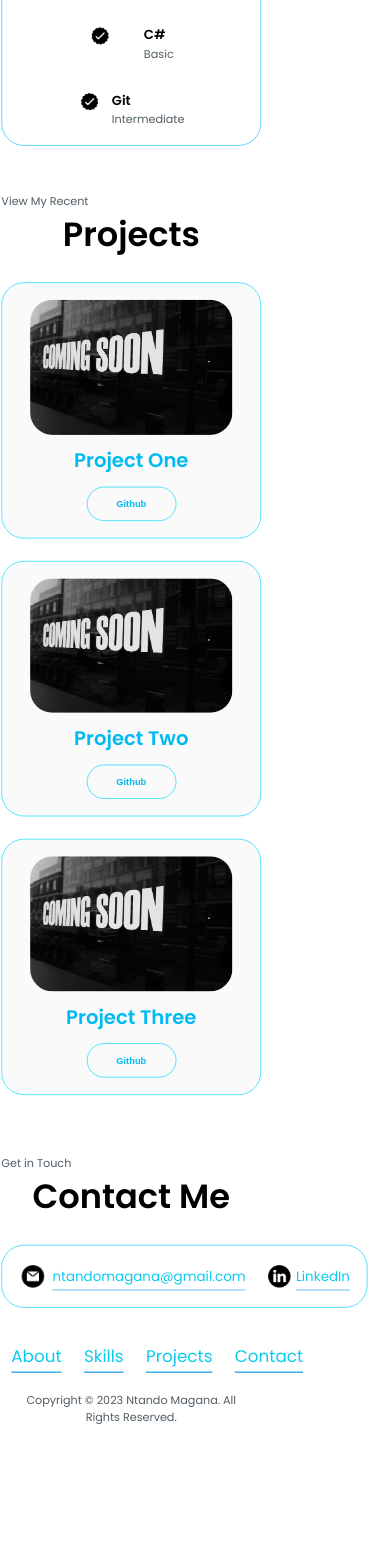
Repository: ntandomagana/FS-Dev-Portfolio
Page: index.html
These files come from the project's save history. The page is drawn as it stood at one moment and after the next save; the edit follows.
The browser window is 375 px wide. The page is 525 px wide, then 433 px, so the pictures cover 525 px, including what lies to the right of the window. The pictures show the part of the page from y = 2446 to 4686 px (the page is 4686 px tall), at 70% of full size.

Above is the page before, as saved 2024-05-06 11:23:03.

### index.html
<!DOCTYPE html>
<html lang="en">
  <head>
    <meta charset="UTF-8" />
    <meta http-equiv="X-UA-Compatible" content="IE=edge" />
    <meta name="viewport" content="width=device-width, initial-scale=1.0" />
    <title>My Portfolio</title>
    <link rel="stylesheet" href="style.css" />
    <link rel="stylesheet" href="mediaqueries.css" />
  </head>
  <body>
    <nav id="desktop-nav">
      <div class="logo">Berry Codes</div>
      <div>
        <ul class="nav-links">
          <li><a href="#about">About</a></li>
          <li><a href="#experience">Skills</a></li>
          <li><a href="#projects">Projects</a></li>
          <li><a href="#contact">Contact</a></li>
        </ul>
      </div>
    </nav>
    <nav id="hamburger-nav">
      <div class="logo">Coding Berry</div>
      <div class="hamburger-menu">
        <div class="hamburger-icon" onclick="toggleMenu()">
          <span></span>
          <span></span>
          <span></span>
        </div>
        <div class="menu-links">
          <li><a href="#about" onclick="toggleMenu()">About</a></li>
          <li><a href="#experience" onclick="toggleMenu()">Skills</a></li>
          <li><a href="#projects" onclick="toggleMenu()">Projects</a></li>
          <li><a href="#contact" onclick="toggleMenu()">Contact</a></li>
        </div>
      </div>
    </nav>
    <section id="profile">
      <div class="section-pic-container">
        <img src="./assets/bwpp.jpg" alt="profile picture" />
      </div>
      <div class="section-text">
        <p class="section-text-p1">Hello there, I am</p>

        <h1 class="title"><span id="typed-text"></span></h1>

        <p class="section-text-p2">Frontend Developer</p>
        <div class="btn-container">
          <button
            class="btn btn-color-2"
            onclick="window.open('./assets/NP Magana - Web Developer.pdf')"
          >
            Download CV
          </button>
          <button class="btn btn-color-1" onclick="location.href='./#contact'">
            Contact Info
          </button>
        </div>
        <div id="socials-container">
          <img
            src="./assets/linkedin.png"
            alt="My LinkedIn profile"
            class="icon"
            onclick="location.href='https://www.linkedin.com/in/ntandoyenkosi-magana-/'"
          />

          <img
            src="./assets/icons8-twitterx-50.png"
            alt="My Github profile"
            class="icon"
            onclick="location.href='https://twitter.com/Sir_M_Charles'"
          />
          <img
            src="./assets/github.png"
            alt="My Github profile"
            class="icon"
            onclick="location.href='https://github.com/ntandomagana'"
          />
        </div>
      </div>
    </section>
    <section id="about">
      <p class="section__text__p1">Get To Know More</p>
      <h1 class="title">About Me</h1>
      <div class="section-container">
        <div class="about-details-container">
          <div class="about-containers">
            <div class="details-container">
              <img
                src="./assets/experience.png"
                alt="Experience icon"
                class="icon"
              />
              <h3>Experience</h3>
              <p>6 months <br />Frontend Development</p>
            </div>
            <div class="details-container">
              <img
                src="./assets/education.png"
                alt="Education icon"
                class="icon"
              />
              <h3>Education</h3>
              <p>BA(Hons) Public Management <br />University of Johannesburg</p>
            </div>
          </div>
          <div class="text-container">
            <p>
              I am a self-taught developer passionate about crafting captivating
              user experiences. I've acquired skills in HTML5, CSS3, JavaScript,
              ReactJs Python, C#, Node.js and Typescript through online
              resources such as FreecodeCamp, Udemy, udacity. If you're looking
              for a developer who blends creativity with technical proficiency,
              let’s connect and explore how we can collaborate on your next
              project!
            </p>
          </div>
        </div>
      </div>
      <img
        src="./assets/arrow.png"
        alt="Arrow icon"
        class="icon arrow"
        onclick="location.href='./#experience'"
      />
    </section>
    <section id="experience">
      <p class="section__text__p1">Explore My</p>
      <h1 class="title">Experience</h1>
      <div class="experience-details-container">
        <div class="about-containers">
          <div class="details-container">
            <h2 class="experience-sub-title">Frontend Development</h2>
            <div class="article-container">
              <article>
                <img
                  src="./assets/checkmark.png"
                  alt="Experience icon"
                  class="icon"
                />
                <div>
                  <h3>JavaScript</h3>
                  <p>Experienced</p>
                </div>
              </article>
              <article>
                <img
                  src="./assets/checkmark.png"
                  alt="Experience icon"
                  class="icon"
                />
                <div>
                  <h3>CSS</h3>
                  <p>Experienced</p>
                </div>
              </article>
              <article>
                <img
                  src="./assets/checkmark.png"
                  alt="Experience icon"
                  class="icon"
                />
                <div>
                  <h3>TypeScript</h3>
                  <p>Intermediate</p>
                </div>
              </article>
              <article>
                <img
                  src="./assets/checkmark.png"
                  alt="Experience icon"
                  class="icon"
                />
                <div>
                  <h3>React</h3>
                  <p>Basic</p>
                </div>
              </article>
              <article></article>
            </div>
          </div>
          <div class="details-container">
            <h2 class="experience-sub-title">Backend Development</h2>
            <div class="article-container">
              <article>
                <img
                  src="./assets/checkmark.png"
                  alt="Experience icon"
                  class="icon"
                />
                <div>
                  <h3>Python</h3>
                  <p>Intermediate</p>
                </div>
              </article>
              <article>
                <img
                  src="./assets/checkmark.png"
                  alt="Experience icon"
                  class="icon"
                />
                <div>
                  <h3>Node JS</h3>
                  <p>Basic</p>
                </div>
              </article>
              <article>
                <img
                  src="./assets/checkmark.png"
                  alt="Experience icon"
                  class="icon"
                />
                <div>
                  <h3>C#</h3>
                  <p>Basic</p>
                </div>
              </article>
              <article>
                <img
                  src="./assets/checkmark.png"
                  alt="Experience icon"
                  class="icon"
                />
                <div>
                  <h3>Git</h3>
                  <p>Intermediate</p>
                </div>
              </article>
            </div>
          </div>
        </div>
      </div>
      <img
        src="./assets/arrow.png"
        alt="Arrow icon"
        class="icon arrow"
        onclick="location.href='./#projects'"
      />
    </section>
    <section id="projects">
      <p class="section__text__p1">View My Recent</p>
      <h1 class="title">Projects</h1>
      <div class="experience-details-container">
        <div class="about-containers">
          <div class="details-container color-container">
            <div class="article-container">
              <img
                src="./assets/coming soon.jpg"
                alt="Project 1"
                class="project-img"
              />
            </div>
            <h2 class="experience-sub-title project-title">Project One</h2>
            <div class="btn-container">
              <button
                class="btn btn-color-2 project-btn"
                onclick="location.href='https://github.com/'"
              >
                Github
              </button>
            </div>
          </div>
          <div class="details-container color-container">
            <div class="article-container">
              <img
                src="./assets/coming soon.jpg"
                alt="Project 2"
                class="project-img"
              />
            </div>
            <h2 class="experience-sub-title project-title">Project Two</h2>
            <div class="btn-container">
              <button
                class="btn btn-color-2 project-btn"
                onclick="location.href='https://github.com/'"
              >
                Github
              </button>
            </div>
          </div>
          <div class="details-container color-container">
            <div class="article-container">
              <img
                src="./assets/coming soon.jpg"
                alt="Project 3"
                class="project-img"
              />
            </div>
            <h2 class="experience-sub-title project-title">Project Three</h2>
            <div class="btn-container">
              <button
                class="btn btn-color-2 project-btn"
                onclick="location.href='https://github.com/'"
              >
                Github
              </button>
            </div>
          </div>
        </div>
      </div>
      <img
        src="./assets/arrow.png"
        alt="Arrow icon"
        class="icon arrow"
        onclick="location.href='./#contact'"
      />
    </section>
    <section id="contact">
      <p class="section__text__p1">Get in Touch</p>
      <h1 class="title">Contact Me</h1>
      <div class="contact-info-upper-container">
        <div class="contact-info-container">
          <img
            src="./assets/email.png"
            alt="Email icon"
            class="icon contact-icon email-icon"
          />
          <p>
            <a href="mailto:ntandomagana@gmail.com">ntandomagana@gmail.com</a>
          </p>
        </div>
        <div class="contact-info-container">
          <img
            src="./assets/linkedin.png"
            alt="LinkedIn icon"
            class="icon contact-icon"
          />
          <p><a href="https://www.linkedin.com">LinkedIn</a></p>
        </div>
      </div>
    </section>
    <footer>
      <nav>
        <div class="nav-links-container">
          <ul class="nav-links">
            <li><a href="#about">About</a></li>
            <li><a href="#experience">Skills</a></li>
            <li><a href="#projects">Projects</a></li>
            <li><a href="#contact">Contact</a></li>
          </ul>
        </div>
      </nav>
      <p>Copyright &#169; 2023 Ntando Magana. All Rights Reserved.</p>
    </footer>
    <script src="script.js"></script>
  </body>
</html>

### style.css
@import url("https://fonts.googleapis.com/css2?family=Poppins:wght@300;400;500;600&display=swap");

* {
  margin: 0;
  padding: 0;
}

body {
  font-family: "Poppins", sans-serif;
}

html {
  scroll-behavior: smooth;
}

p {
  color: #515d65;
}

section {
  margin-bottom: 2px;
}

a,
.btn {
  transition: all 300ms ease;
}

nav,
.nav-links {
  display: flex;
}

nav {
  justify-content: space-around;
  align-items: center;
  height: 17vh;
}

.nav-links {
  gap: 2rem;
  list-style-type: none;
  font-size: 1.5rem;
}

a {
  color: rgb(11, 202, 240);
  text-decoration: underline;
  text-underline-offset: 0.8rem;
  text-decoration-color: rgb(51, 169, 237);
}

.logo {
  font-size: 2rem;
}

.logo:hover {
  cursor: default;
}

#hamburger-nav {
  display: none;
}

.hamburger-menu {
  position: relative;
  display: inline-block;
}

.hamburger-icon {
  display: flex;
  flex-direction: column;
  justify-content: space-between;
  height: 24px;
  width: 30px;
  cursor: pointer;
}



.hamburger-icon span {
  width: 100%;
  height: 2px;
  background-color: rgb(9, 255, 255);
  transition: all 0.3 ease-in-out;
}

.menu-links {
  position: absolute;
  top: 100%;
  right: 0;
  background-color: white;
  width: fit-content;
  max-height: 0;
  overflow: hidden;
  transition: all 0.3 ease-in-out;
}

.menu-links a {
  display: block;
  padding: 10px;
  text-align: center;
  font-size: 1.5rem;
  color: rgb(15, 224, 231);
  text-decoration: none;
  transition: all 0.3 ease-in-out;
}

.menu-links li {
  list-style-type: none;
}

.menu-links.open {
  max-height: 300px;
}

.hamburger-icon.open span:first-child {
  transform: rotate(45deg) translate(10px, 5px);
}

.hamburger-icon.open span:nth-child(2) {
  opacity: 0;
}

.hamburger-icon.open span:last-child {
  transform: rotate(-45deg) translate(10px, -5px);
}

.hamburger-icon span:first-child {
  transform: none;
}

.hamburger-icon span:first-child {
  opacity: 1;
}

.hamburger-icon span:first-child {
  transform: none;
}

section {
  padding-top: 4vh;
  height: 96vh;
  margin: 0 10rem;
  box-sizing: border-box;
  min-height: fit-content;
}

.section-container {
  display: flex;
}

#profile {
  display: flex;
  justify-content: center;
  gap: 5rem;
  height: 80vh;
}

.section-pic-container {
  display: flex;
  height: 400px;
  width: 400px;
  margin: auto 0;
}

.section-text {
  align-self: center;
  text-align: center;
}

.section-text p {
  font-weight: 600;
}

.section-text-p1 {
  text-align: center;
}

.section-text-p2 {
  font-size: 1.75rem;
  margin-bottom: 1rem;
}

.title {
  font-size: 3rem;
  text-align: center;
}

#socials-container {
  display: flex;
  justify-content: center;
  margin-top: 1rem;
  gap: 1rem;
}

.icon {
  cursor: pointer;
  height: 2rem;
}

/* BUTTONS */

.btn-container {
  display: flex;
  justify-content: center;
  gap: 1rem;
}

.btn {
  font-weight: 600;
  transition: all 300ms ease;
  padding: 1rem;
  width: 8rem;
  border-radius: 2rem;
}

.btn-color-1,
.btn-color-2 {
  border: rgb(43, 182, 241) 0.1rem solid;
}

.btn-color-1:hover,
.btn-color-2:hover {
  cursor: pointer;
}

.btn-color-1,
.btn-color-2:hover {
  background: rgb(11, 214, 255);
  color: white;
}

.btn-color-1:hover {
  background: rgb(83, 215, 232);
}

.btn-color-2 {
  background: none;
}

.btn-color-2:hover {
  border: rgb(26, 210, 243) 0.2rem solid;
}

.btn-container {
  gap: 1rem;
}

/* ABOUT SECTION */

#about {
  position: relative;
}

.about-containers {
  gap: 2rem;
  margin-bottom: 2rem;
  margin-top: 2rem;
}

.about-details-container {
  justify-content: center;
  flex-direction: column;
}

.about-containers,
.about-details-container {
  display: flex;
}

.arrow {
  position: absolute;
  right: -5rem;
  bottom: 2.5rem;
}

.details-container {
  padding: 1.5rem;
  flex: 1;
  background: white;
  border-radius: 2rem;
  border: rgb(34, 174, 239) 0.1rem solid;
  border-color: rgb(28, 197, 249);
  text-align: center;
}

.section-container {
  gap: 4rem;
  height: 80%;
}

.section__pic-container {
  height: 400px;
  width: 400px;
  margin: auto 0;
}

/* EXPERIENCE SECTION */

#experience {
  position: relative;
}

.experience-sub-title {
  color: rgb(48, 210, 246);
  font-weight: 600;
  font-size: 1.75rem;
  margin-bottom: 2rem;
}

.experience-details-container {
  display: flex;
  justify-content: center;
  flex-direction: column;
}

.article-container {
  display: flex;
  text-align: initial;
  flex-wrap: wrap;
  flex-direction: row;
  gap: 2.5rem;
  justify-content: space-around;
}

article {
  display: flex;
  width: 10rem;
  justify-content: space-around;
  gap: 0.5rem;
}

article .icon {
  cursor: default;
}

/* PROJECTS SECTION */

#projects {
  position: relative;
}

.color-container {
  border-color: rgb(21, 220, 255);
  background: rgb(250, 250, 250);
}

.project-img {
  border-radius: 2rem;
  width: 90%;
  height: 90%;
}

.project-title {
  margin: 1rem;
  color: #00bbf0;
}

.project-btn {
  color: #00bbf0;
  border-color: rgb(18, 217, 252);
}

/* CONTACT */

#contact {
  display: flex;
  justify-content: center;
  flex-direction: column;
  height: 70vh;
}

.contact-info-upper-container {
  display: flex;
  justify-content: center;
  border-radius: 2rem;
  border: rgb(16, 220, 242) 0.1rem solid;
  border-color: rgb(19, 211, 250);
  background: (250, 250, 250);
  margin: 2rem auto;
  padding: 0.5rem;
}

.contact-info-container {
  display: flex;
  align-items: center;
  justify-content: center;
  gap: 0.5rem;
  margin: 1rem;
}

.contact-info-container p {
  font-size: larger;
}

.contact-icon {
  cursor: default;
}

.email-icon {
  height: 2.5rem;
}

footer {
  height: 26vh;
  margin: 0 1rem;
}

footer p {
  text-align: center;
}

/* Add this CSS to your existing style.css or create a new style tag in the head of your HTML */

/* Bold, underline, and bubble effect for the logo */
.logo {
  font-weight: bold;
  text-decoration: wavy;
  display: inline-block;
  position: relative;
  border: 8px solid #1ea5ff; /* Adjust the border thickness and color as needed */
  padding: 6px; /* Adjust the padding as needed */
}

.logo::after {
  content: "";
  position: absolute;
  width: 100%;
  height: 0;
  bottom: 0;
  left: 0;
  opacity: 0;
  border-bottom: 2px solid #fff;
  animation: bubble 0.5s infinite ease-in-out;
}

@keyframes bubble {
  0% {
    height: 0;
    opacity: 0;
  }
  50% {
    height: 100%;
    opacity: 1;
  }
  100% {
    height: 0;
    opacity: 0;
  }
}

### mediaqueries.css
@media screen and (max-width: 1400px) {
    #profile {
        height: 83vh;
        margin-bottom: 6rem;
    }

    .about-containers {
        flex-wrap: wrap;
    }

    #contact,
    #projects {
        height: fit-content;
    }
}

@media screen and (max-width: 1200px) {
    #desktop-nav {
        display: none;
    }

    #hamburger-nav {
        display: flex;
    }

    #experience,
    .experience-details-container {
        margin-top: 2rem;

    }

    #profile,
    .section-container {
        display: block;
    }

    .arrow {
        display: none;
    }

    section,
    .section-container {
        height: fit-content;
    }

    section {
        margin: 0.5%;
    }

    .section-pic-container {
        width: 27spx;
        height: 275px;
        margin: 0 auto 2rem;
    }

    .about-containers {
        margin-top: 0;
    }
}

@media screen and (max-width:600px) {
    #contact,
    footer {
        height: 40vh;
    }

    #profile {
        height: 38vh;
        margin-bottom: 0;
    }

    article {
        font-size: 1rem;
    }

    footer nav {
        height: fit-content;
        margin-bottom: 2rem;
    }
}

### script.js
function toggleMenu() {
  const menu = document.querySelector(".menu-links");
  const icon = document.querySelector(".hamburger-icon");
  menu.classList.toggle("open");
  icon.classList.toggle("open");
}

//Javascript for looped typing effect
const typedText = document.getElementById("typed-text");
const textToType = 'Ntando Magana';

function typeText() {
  let index = 0;

  function type() {
    if (index < textToType.length) {
      typedText.innerHTML += textToType.charAt(index);
      index++;
      setTimeout(type, 200); // typing speed in milliseconds
    } else {
      setTimeout(erase, 300); // wait before erasing
    }
  }

  function erase() {
    if (typedText.innerHTML.length > 0) {
      typedText.innerHTML = typedText.innerHTML.slice(0, -1);
      setTimeout(erase, 300); //erasing speed in ms
    } else {
      index = 0; //Reset index for next typing cycle
      setTimeout(type, 200); // wait before typing again
    }
  }

  type(); // start typing
}

window.onload = typeText;

After the next save:
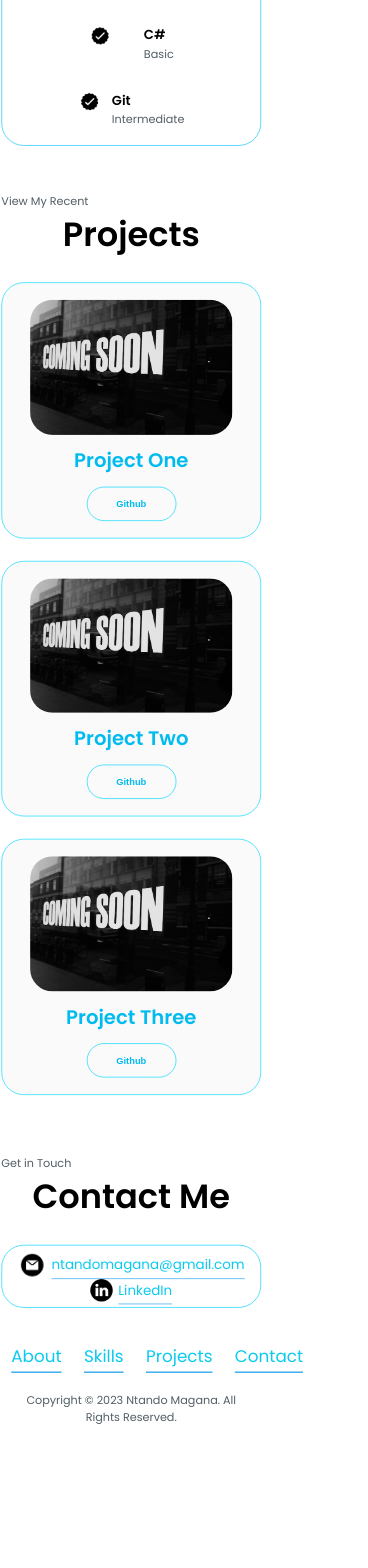
Saved 23 s later.
--- a/mediaqueries.css
+++ b/mediaqueries.css
@@ -77,4 +77,13 @@
         height: fit-content;
         margin-bottom: 2rem;
     }
+
+    .about-containers,
+  .contact-info-upper-container,
+  .btn-container {
+    flex-wrap: wrap;
+  }
+  .contact-info-container {
+    margin: 0;
+  }
 }
